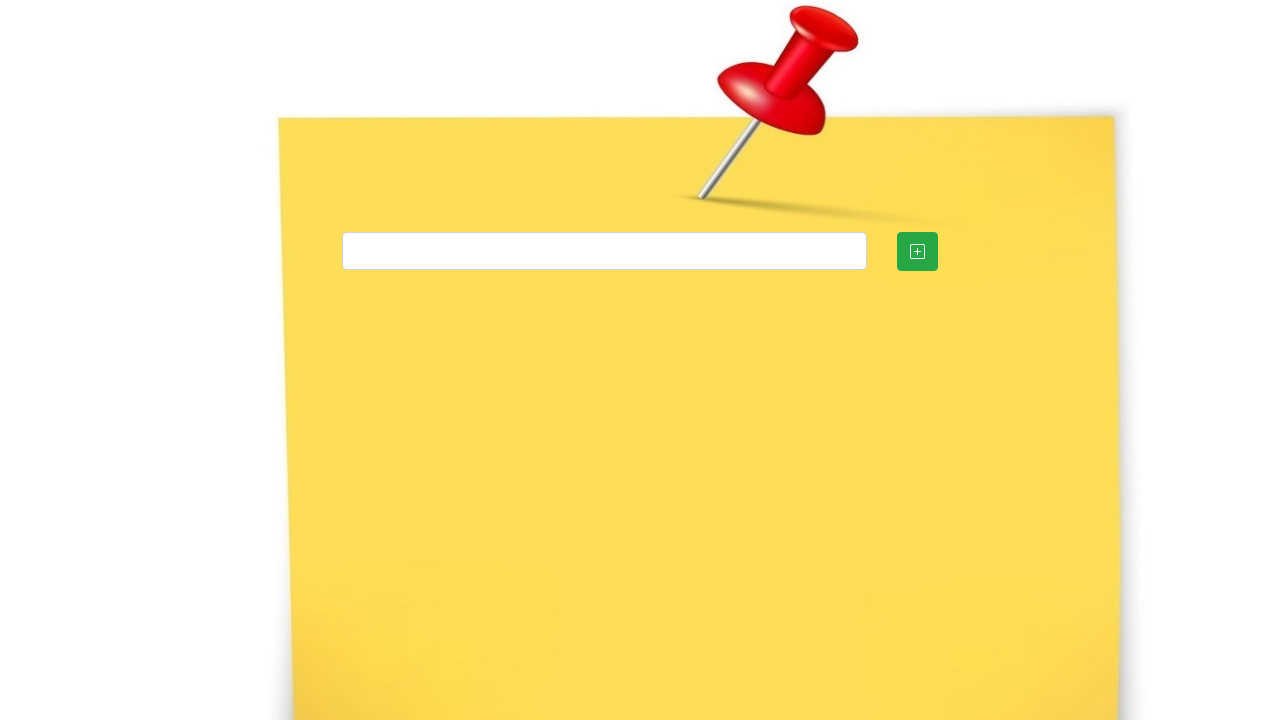
Repository: walaaElbasha/Todo-list-laravel
Page: http://localhost/tasks
The author's editor kept a copy of each file at every save. The page is drawn from the files as they stood at one save, then again after the next save.
The browser window is 1280 px wide. The pictures show the whole page.
The page is served by the project's Laravel application, run on PHP 8.4 with Laravel 8. Other server files are loaded and not shown. Style sheets and scripts are compiled from the project's sources, by tool versions that may differ from the author's. Queries for data that is not in the repository find no rows.

Above is the page before, as saved 2021-07-01 15:30:34.

### routes/web.php
<?php

use Illuminate\Support\Facades\Route;
use App\Http\Controllers\TaskController;
/*
|--------------------------------------------------------------------------
| Web Routes
|--------------------------------------------------------------------------
|
| Here is where you can register web routes for your application. These
| routes are loaded by the RouteServiceProvider within a group which
| contains the "web" middleware group. Now create something great!
|
*/

Route::get('/', function () {
    return view('welcome');
});

Route::get('/tasks', [TaskController::class, 'index'])->name('tasks.index');
Route::post('/tasks', [TaskController::class, 'store'])->name('tasks.store');
Route::get('/tasks/{task}/edit', [TaskController::class, 'edit'])->name('tasks.edit');
Route::put('/tasks/{task}', [TaskController::class, 'update'])->name('tasks.update');
Route::delete('/tasks/{task}', [TaskController::class, 'destroy'])->name('tasks.destroy');

### app/Http/Controllers/TaskController.php
<?php

namespace App\Http\Controllers;
use Illuminate\Http\Request;
use App\Http\Requests\TaskRequest;
use App\Models\Task;


class TaskController extends Controller

{

    public function index()
    {
        $allTasks = Task::paginate(4);

        return view('tasks.index', [
            'allTasks' => $allTasks
        ]);
    }

    public function edit($taskId)
    {
        $task = Task::find($taskId);
        return view('tasks.edit', [
            'task' => $task,
        ]);
    }
    public function update($taskId, TaskRequest $request)
    {


        // $requestData = $request->all();

        // $task = Task::find($taskId);
        // $task->update($requestData);
        // $task->save();

        $requestData = $request->all();
        $task = Task::find($taskId);
        $task->update($requestData);
        $task->save();
        return redirect()->route('tasks.index')->with('success', "TODO updated successfully!");
    }

    public function destroy($taskId)
    {

        $task = Task::findorfail($taskId);

        $task->delete();
        return redirect()->route('tasks.index');
    }



    public function store(TaskRequest $request)
    {

        // $requestData = $request->all();
        // Task::create($requestData);

        $task = new Task;
        $task->name = $request->name;
        $task->save();
        return redirect()->route('tasks.index');
    }

}

### app/Models/Task.php
<?php

namespace App\Models;

use Illuminate\Database\Eloquent\Factories\HasFactory;
use Illuminate\Database\Eloquent\Model;

class Task extends Model
{
    use HasFactory;
    protected $fillable = ['name'];
}

### resources/views/tasks/index.blade.php
@extends('layouts.app')

@section('content')

<!-- Bootstrap Boilerplate... -->


        @if($errors->any())
        <div class="alert alert-danger w-25">
            <ul>
                @foreach ($errors->all() as $error)
                <li>{{ $error }}</li>
                @endforeach
            </ul>
        </div>
        @endif

    <div class="container">
        <!-- Display Validation Errors -->

        <div style="margin-top:200px; margin-left:200px">
            <table>
                <ul>
                    @foreach($allTasks as $task)


                    <tr>
                        <td style="width:600px">
                            <div style="display:flex">
                                <!-- <div style="justify-content:flex-start"> -->
                                <li>
                                    {{ $task->name}}

                                </li>
                        </td>
                        <td>
                            <!-- </div> -->
                            <div style="justify-content:flex-end">

                                <a href="{{ route('tasks.edit',['task' => $task['id']]) }}" class="btn btn-secondary mt-4"><i class="bi bi-pencil-square"></i>


                                </a>

                                <form style="display:inline" method="POST" action="{{route('tasks.destroy',['task' => $task['id']])}}">
                                    @csrf
                                    @method('DELETE')
                                    <button onclick="return confirm('Are you sure?')" class="btn btn-danger mt-4" type="submit"><i class="bi bi-trash-fill"></i></button>
                                </form>
                            </div>
        </div>
        <br>
        </td>

        </tr>


        @endforeach
        </ul>
        </table>
        <!-- New Task Form -->
    </div>
    <form action="{{ route('tasks.store') }}" method="POST" class="form-horizontal">
        @csrf

        <!-- Task Name -->
        <div class="form-group">
            <div class="text-center" style="display:flex; justify-content:center; align-items:center">
                {{$allTasks->links("pagination::bootstrap-4")}}

            </div>

            <div style="display:flex; justify-content:center; align-items:center">
                <div class="col-sm-6">
                    <input type="text" name="name" id="name" class="form-control">
                </div>

                <div class="form-group">
                    <div class="col-sm-offset-3 col-sm-6">
                        <button type="submit" class="btn btn-success mt-3">
                            <span style="font-size:15px"><i class="bi bi-plus-square"></i> </span>
                        </button>
                    </div>
                </div>
            </div>
        </div>
    </form>
</div>



<!-- TODO: Current Tasks -->
@endsection

### resources/views/layouts/app.blade.php
<!DOCTYPE html>
<html lang="en">

<head>
    <meta charset="utf-8">
    <meta name="viewport" content="width=device-width, initial-scale=1">

    <!-- CSRF Token -->
    <meta name="csrf-token" content="{{ csrf_token() }}">

    <title>{{ config('app.name', 'All Tasks') }}</title>

    <!-- Scripts -->
    <script src="{{ asset('js/app.js') }}" defer></script>

    <!-- Fonts -->
    <link rel="dns-prefetch" href="//fonts.gstatic.com">
    <link href="https://fonts.googleapis.com/css?family=Nunito" rel="stylesheet">

    <!-- Styles -->
    <link href="{{ asset('css/app.css') }}" rel="stylesheet">
    <link rel="stylesheet" href="https://cdn.jsdelivr.net/npm/bootstrap@4.6.0/dist/css/bootstrap.min.css" integrity="sha384-B0vP5xmATw1+K9KRQjQERJvTumQW0nPEzvF6L/Z6nronJ3oUOFUFpCjEUQouq2+l" crossorigin="anonymous">
    <link rel="stylesheet" href="path/to/font-awesome/css/font-awesome.min.css">
    <link rel="stylesheet" href="https://cdn.jsdelivr.net/npm/bootstrap-icons@1.5.0/font/bootstrap-icons.css">
</head>


<body style="background-image: url('sticky.jpg')  ; background-repeat: no-repeat;
  background-size: 1400px 950px;">
    <div class="container">
        <nav class="navbar navbar-default">
            <!-- Navbar Contents -->
        </nav>
    </div>

    @yield('content')

</body>

</html>

Loaded but not shown: app/Http/Controllers/Controller.php (common file); resources/sass/app.scss (common file); resources/sass/_variables.scss (common file)

After the next save:
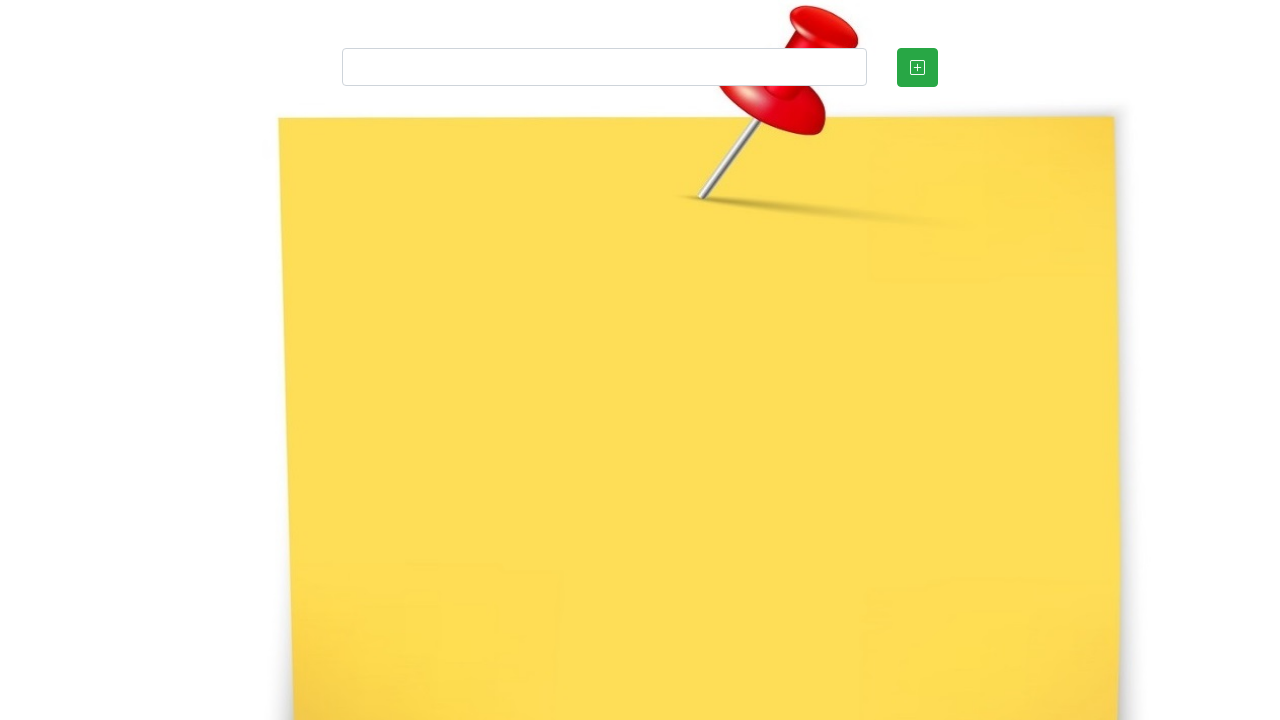
Saved 30 s later.
--- a/resources/views/tasks/index.blade.php
+++ b/resources/views/tasks/index.blade.php
@@ -18,7 +18,7 @@
     <div class="container">
         <!-- Display Validation Errors -->
 
-        <div style="margin-top:200px; margin-left:200px">
+        <div style="text-center">
             <table>
                 <ul>
                     @foreach($allTasks as $task)

After the 2 saves that followed:
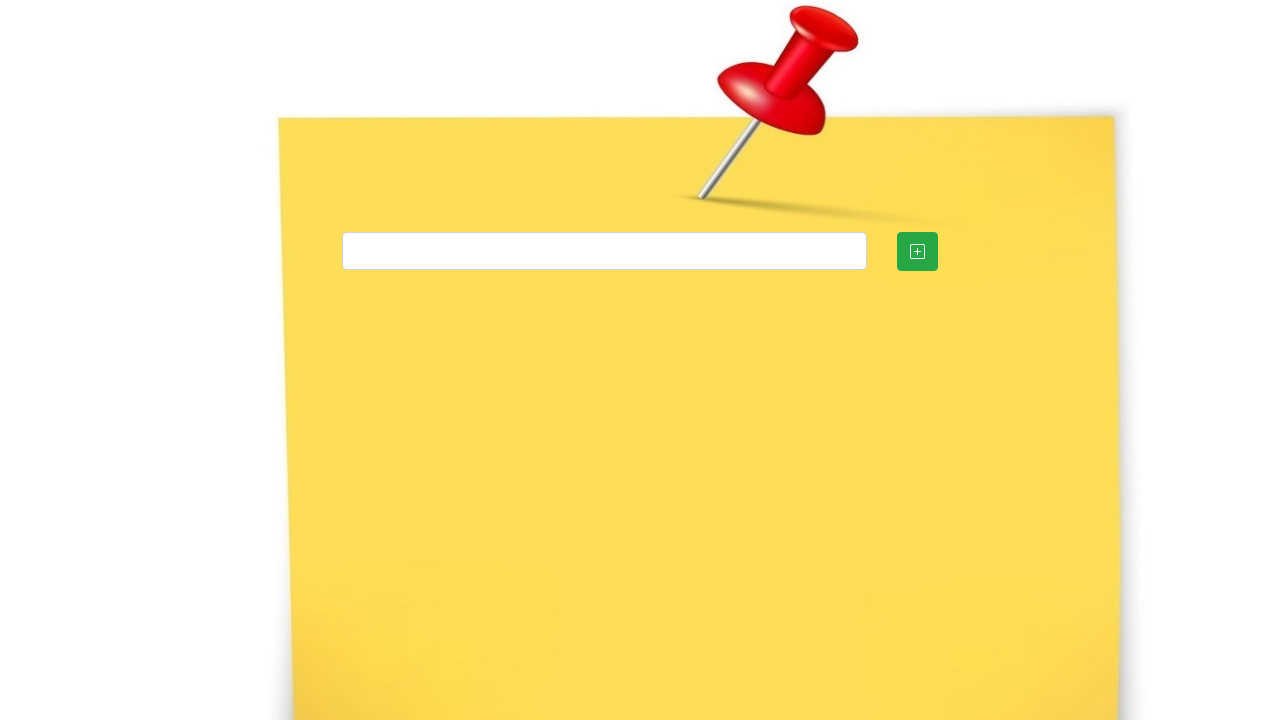
The 2 saves are shown as one change because 1 left the picture as it was.
The last was saved 17 s later.
--- a/resources/views/tasks/index.blade.php
+++ b/resources/views/tasks/index.blade.php
@@ -18,7 +18,7 @@
     <div class="container">
         <!-- Display Validation Errors -->
 
-        <div style="text-center">
+        <div style="margin-top:200px; margin-left:200px">
             <table>
                 <ul>
                     @foreach($allTasks as $task)
